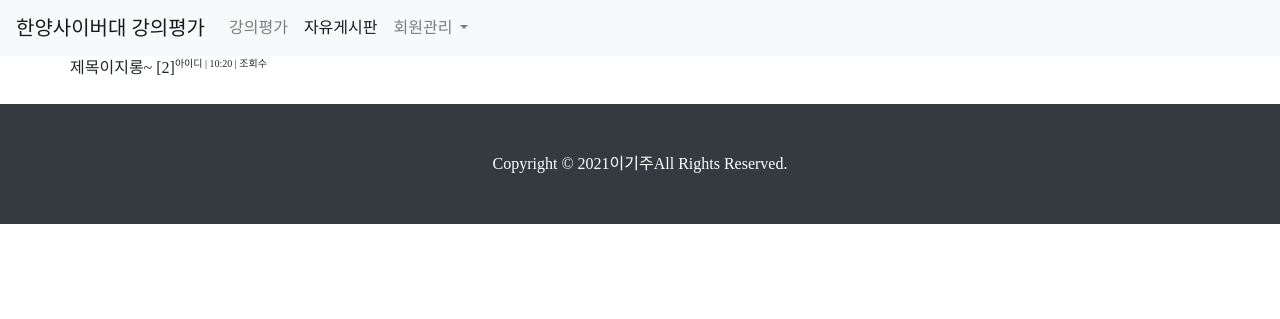
Repository: lkjjjang/hycu
Page: http://localhost/hycujjang/mobile.jsp
These files come from the project's save history. The page is drawn as it stood at one moment and after the next save; the edit follows.
The browser window is 1280 px wide. The pictures show the whole page.
Some web fonts or font styles are not loaded; a fallback is used. The page is served by Tomcat 9. Nobody is signed in. The application's start-up code is not run. Other server files are loaded and not shown.

Above is the page before, as saved 2022-01-02 09:10:39.

### hycujjang/WebContent/mobile.jsp
<%@ page language="java" contentType="text/html; charset=UTF-8"
    pageEncoding="UTF-8"%>
<%@ page import="java.util.ArrayList" %>
<%@ page import="java.net.URLEncoder" %>
<%@ page import="java.io.PrintWriter" %>
<%@ taglib prefix="c" uri="http://java.sun.com/jsp/jstl/core"%>
<%@ taglib prefix="fmt" uri="http://java.sun.com/jsp/jstl/fmt"%>

<!DOCTYPE html>
<html>
<head>
	<meta charset="UTF-8">
	<meta name="viewport" content="width=device-width, initial-scale=1, shrink-to-fit=no">
	<title>한양사이버대 강의평가</title>
	<!-- 부트스트랩 CSS 추가하기 -->
	<link rel="stylesheet"
			href="https://stackpath.bootstrapcdn.com/bootstrap/4.4.1/css/bootstrap.min.css"
			integrity="sha384-Vkoo8x4CGsO3+Hhxv8T/Q5PaXtkKtu6ug5TOeNV6gBiFeWPGFN9MuhOf23Q9Ifjh"
			crossorigin="anonymous">
	<!-- 커스텀 CSS 추가하기 -->
	<link rel="stylesheet" href="./css/custom.css">
	<style>
		.b{
			border: solid 1px black;
		}
	</style>
</head>
<body>
	<nav class="navbar navbar-expand-md navbar-light bg-light">
		<a class="navbar-brand" href="index.jsp">한양사이버대 강의평가</a>
		<button class="navbar-toggler" type="button" data-toggle="collapse" data-target="#navbar">
			<span class="navbar-toggler-icon"></span>
		</button>
		<div id="navbar" class="collapse navbar-collapse">
			<ul class="navbar-nav mr-auto">
				<li class="nav-item">
					<a class="nav-link" href="lectureBoardController?pageNumber=1">강의평가</a>
				</li>
				<li class="nav-item active">
					<a class="nav-link" href="freeBoardController?pageNumber=1">자유게시판</a>
				</li>
				<li class="nav-item dropdown">
					<a class="nav-link dropdown-toggle" id="dropdown" data-toggle="dropdown" href="index.jsp">
						회원관리
					</a>
					<div class="dropdown-menu" aria-labelledby="dropdown">
						<a class="dropdown-item" href="logout.jsp">로그아웃</a>
					</div>
				</li>
			</ul>
		</div>
	</nav>

	<div class="container">
		<div class="row">
			<div >
				제목이지롱~ [2]
			</div>
			<div style="font-size: 10px">
				아이디 | 10:20 | 조회수
			</div>
		</div>

  		<!--
  		${userID == 'admin'} 세션에 있는 유저 아이디
  		넘어오는 목록${freeBBS}
  		<c:if test="${userID == 'admin'}">
			<input type="checkbox" name="delCheck_id" id="delCheck_id" value="${freeBBS.bbsID}">
		</c:if>
		${freeBBS.bbsID}
		<a href="freeBoardDetailController?id=${freeBBS.bbsID}">${freeBBS.bbsTitle}</a>

  		${freeBBS.nickName}
  		${freeBBS.bbsHit}
  		${freeBBS.bbsDate}

  		-->
		<!-- 페이지번호 출력 -->
		<!-- 파라미터로 들어오는 페이지 번호를 이용해 startNum값을 구함 -->

	</div>

	<footer class="bg-dark mt-4 p-5 text-center" style="color: #FFFFFF;">
		Copyright &copy; 2021이기주All Rights Reserved.
	</footer>
	<script src="https://code.jquery.com/jquery-3.6.0.js"
  			integrity="sha256-H+K7U5CnXl1h5ywQfKtSj8PCmoN9aaq30gDh27Xc0jk="
  			crossorigin="anonymous">
	</script>
	<script src="https://cdn.jsdelivr.net/npm/popper.js@1.16.0/dist/umd/popper.min.js"
			integrity="sha384-Q6E9RHvbIyZFJoft+2mJbHaEWldlvI9IOYy5n3zV9zzTtmI3UksdQRVvoxMfooAo"
			crossorigin="anonymous">
	</script>
	<script src="https://maxcdn.bootstrapcdn.com/bootstrap/4.0.0/js/bootstrap.min.js"
			integrity="sha384-JZR6Spejh4U02d8jOt6vLEHfe/JQGiRRSQQxSfFWpi1MquVdAyjUar5+76PVCmYl"
			crossorigin="anonymous">
	</script>
	<script type="text/javascript">
		function guestWrite() {
			alert('게스트 계정은 글작성이 불가능 합니다.');
		}
	</script>
	<script type="text/javascript">
		function deleteAll() {
			var checkList = document.getElementsByName('delCheck_id');
			var checkedList = new Array();
			var count = 0;
			for (var i = 0; i < checkList.length; i++) {
				if (checkList[i].checked == true) {
					count++;
					checkedList[i] = checkList[i].value;
				}
			}

			if (count == 0) {
				alert('선택사항이 없습니다.');
				return;
			}

			var data = new Array();
			for (var i = 0; i < checkedList.length; i++) {
				if (checkedList[i] != null) {
					var dataTemp = new Object();
					dataTemp.id = checkedList[i];
					data.push(dataTemp);
				}
			}

			$.ajax({
				type: "post",
				url: "freeBoardDeleteController",
				data: JSON.stringify(data),
				contentType: "application/json; charset=utf-8",
				dataType: "json",

				success: function(json) {
					if (json[0].resultCode == 'ok') {
						alert('삭제 되었습니다.');
					} else {
						alert('데이터베이스 오류 입니다.');
					}
					location.reload();
				},
				error: function(json) {
					alert('시스템 오류 입니다.')
				}
			});
		}
	</script>
	<script type="text/javascript">
		function select(tagID) {
			var id = tagID.id;
			var checkList = document.getElementsByName('delCheck_id');
			for (var i = 0; i < checkList.length; i++) {
				if (id == 'selectAll') {
					checkList[i].checked = true;
				} else {
					checkList[i].checked = false;
				}
			}

			if (id == 'selectAll') {
				changeId('cancel', '선택해제');
			} else {
				changeId('selectAll', '전체선택');
			}
		}

		function changeId(id, text)  {
			  const btnElement = document.getElementById('checkList');
			  btnElement.innerHTML = '<button class="btn btn-primary" id="' + id + '" onclick="select(this)">'+ text +'</button>' +
			  							'<button class="btn btn-danger" id="deleteAll" onclick="deleteAll()">선택삭제</button>';
		}
	</script>
</body>
</html>

### hycujjang/WebContent/css/custom.css
@import url(https://fonts.googleapis.com/earlyaccess/jejugothic.css);
@import url(https://fonts.googleapis.com/css2?family=Nanum+Gothic&display=swap);
.navbar-brand, h1, h2, h3, h4 {
	font-family: 'Jeju Gothic';
}
h5 {
	font-family: 'Jeju Gothic';
	font-size: 18px;
}
body {
	font-family: 'Nanum Gothic';
}

After the next save:
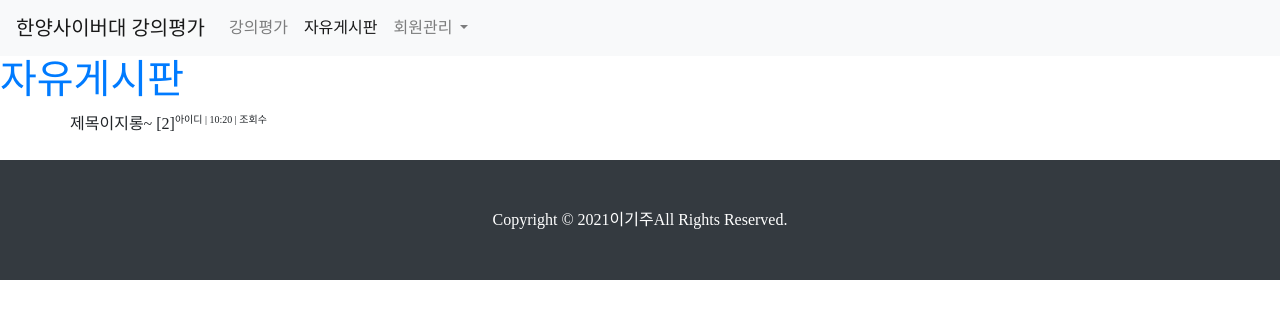
Saved 25 s later.
--- a/hycujjang/WebContent/mobile.jsp
+++ b/hycujjang/WebContent/mobile.jsp
@@ -50,7 +50,9 @@
 			</ul>
 		</div>
 	</nav>
-
+	<h1>
+   		<a class="ed link-primary text-bold title-underline" href="freeBoardController?pageNumber=1">자유게시판</a>
+	</h1>
 	<div class="container">
 		<div class="row">
 			<div >
